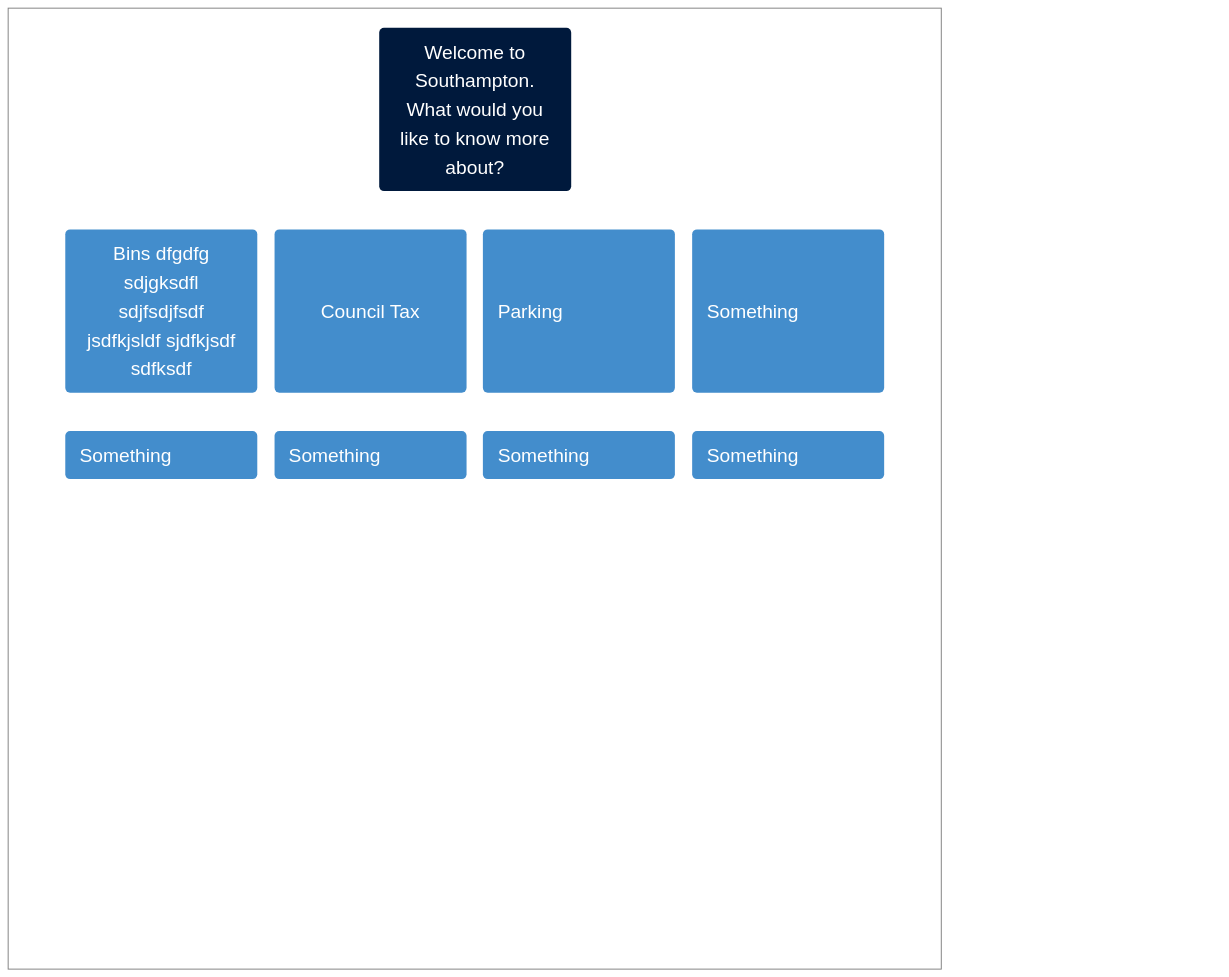
Repository: Domehead123/test
Page: index.html
The author's editor kept a record of every edit. The page is drawn from the files as they stood at one moment, then again after the next edit.
The browser window is 1280 px wide. The pictures show the whole page, at 96% of full size.

Above is the page before.

After the next edit:
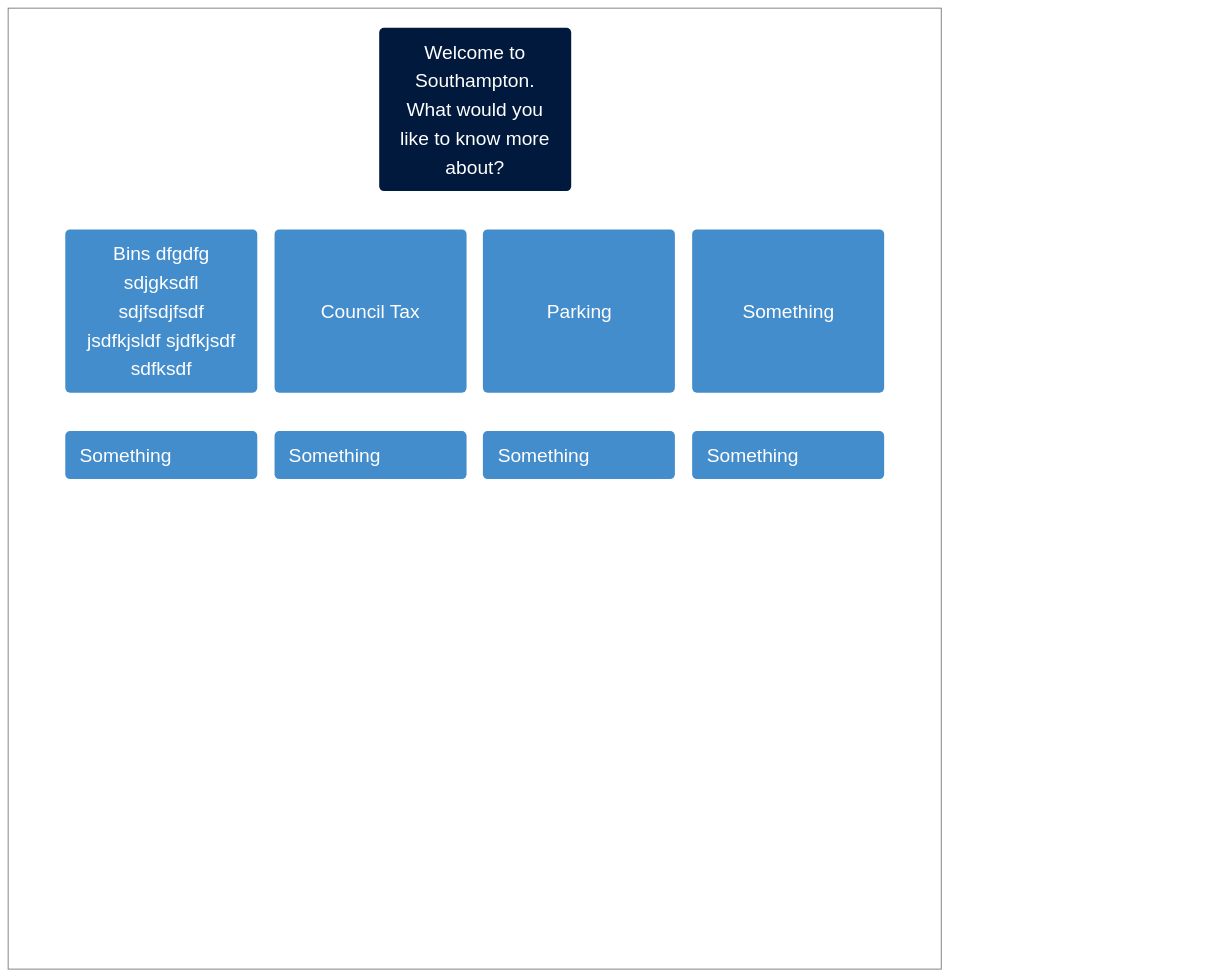
The edit:
--- a/index.html
+++ b/index.html
@@ -15,12 +15,12 @@
     <div class="option-container">
     <div class="bottom-box" id="option1"><span>Bins dfgdfg sdjgksdfl sdjfsdjfsdf jsdfkjsldf sjdfkjsdf sdfksdf</div>
     <div class="bottom-box" id="option2"><span>Council Tax</span></div>
-    <div class="bottom-box" id="option3">Parking</div>
-    <div class="bottom-box" id="option4">Something</div>
-    <div class="bottom-box" id="option5">Something</div>
-    <div class="bottom-box" id="option6">Something</div>
-    <div class="bottom-box" id="option7">Something</div>
-    <div class="bottom-box" id="option8">Something</div>
+    <div class="bottom-box" id="option3"><span>Parking</span></div>
+    <div class="bottom-box" id="option4"><span>Something</span></div>
+    <div class="bottom-box" id="option5">   Something</div>
+    <div class="bottom-box" id="option6">   Something</div>
+    <div class="bottom-box" id="option7">   Something</div>
+    <div class="bottom-box" id="option8">   Something</div>
     </div>
 </body>
 </html>
